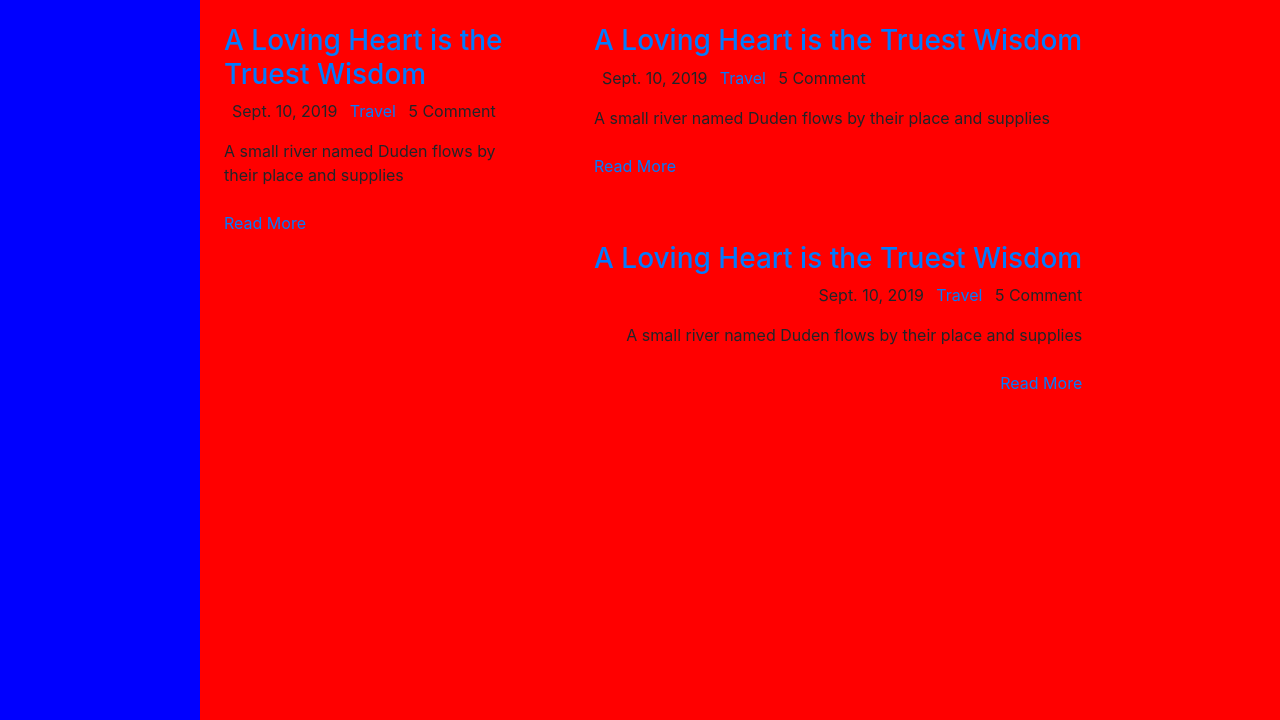
Repository: tts2610/GoogleNews
Page: index.html
An editor plug-in stored every save of this project. The page is shown before and after the next save, followed by the edit.
The browser window is 1280 px wide. The pictures show the whole page.
The page's requests for data from a server got no answer.

Above is the page before, as saved 2020-05-20 13:36:09.

After the next save:
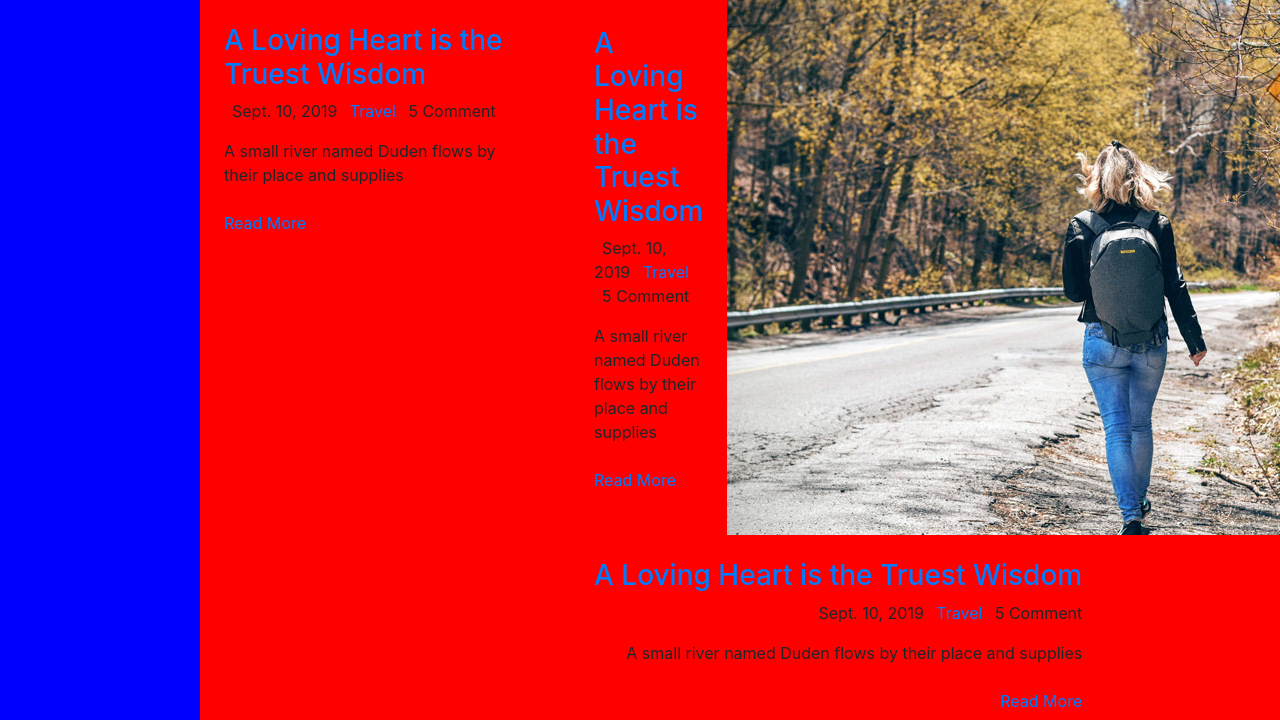
Saved 18 s later.
--- a/index.html
+++ b/index.html
@@ -66,7 +66,7 @@
                                     <p class="mb-4">A small river named Duden flows by their place and supplies</p>
                                     <p><a href="#" class="btn-custom">Read More <span class="ion-ios-arrow-forward"></span></a></p>
                                 </div>
-                                <div class="news-img"></div>
+                                <div class="news-img"><img src="img/image_8.jpg"></div>
                             </div>
                         </div>
                         <div class="col-md-12">

After the save that followed:
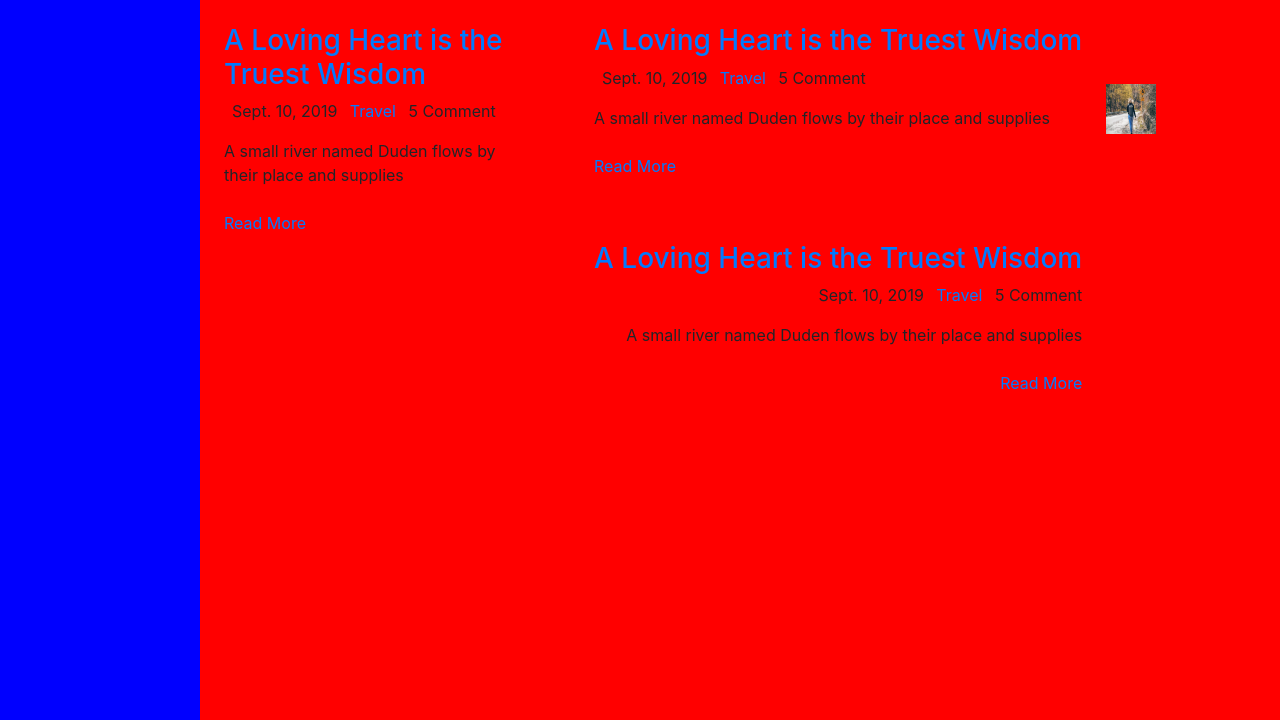
Saved 15 s later.
--- a/index.html
+++ b/index.html
@@ -66,7 +66,7 @@
                                     <p class="mb-4">A small river named Duden flows by their place and supplies</p>
                                     <p><a href="#" class="btn-custom">Read More <span class="ion-ios-arrow-forward"></span></a></p>
                                 </div>
-                                <div class="news-img"><img src="img/image_8.jpg"></div>
+                                <div class="news-img"><img src="img/image_8.jpg" width="50" height="50"></div>
                             </div>
                         </div>
                         <div class="col-md-12">
